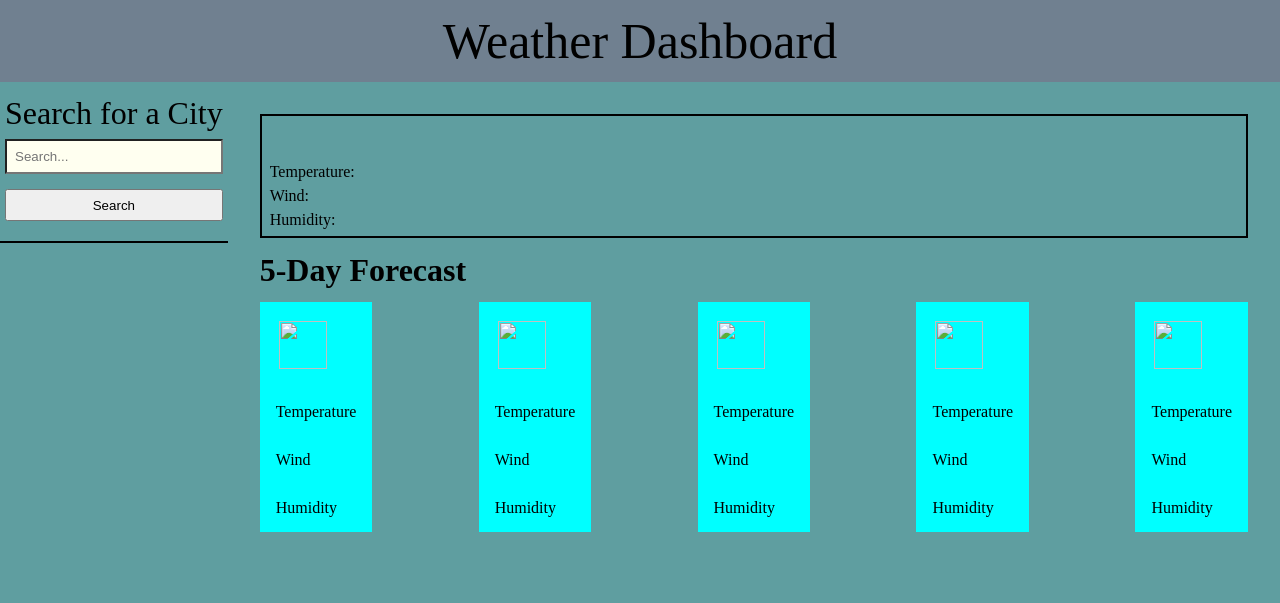
Repository: Pauldan1988/weather-dash
Page: index.html
These files come from the project's save history. The page is drawn as it stood at one moment and after the next save; the edit follows.
The browser window is 1280 px wide. The pictures show the whole page.

Above is the page before, as saved 2023-01-16 11:11:25.

After the next save:
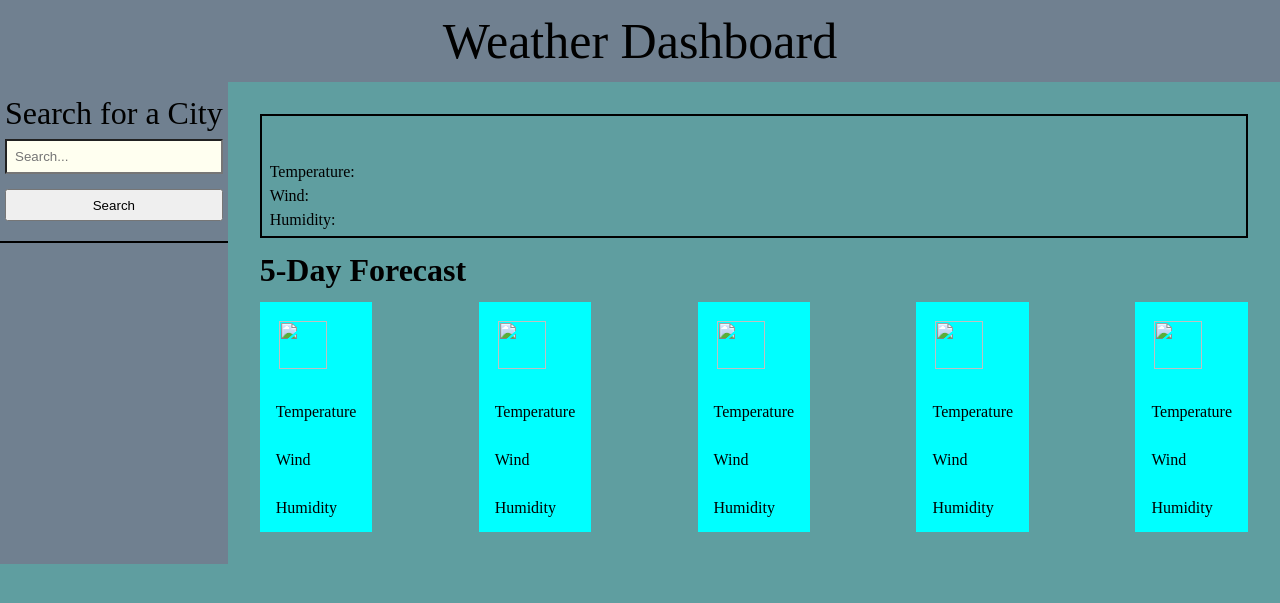
Saved 4 s later.
--- a/style.css
+++ b/style.css
@@ -15,7 +15,7 @@ header {
 }
 
 #sidebar {
-    background-color: slate;
+    background-color: slategray;
 }
 
 #form {
